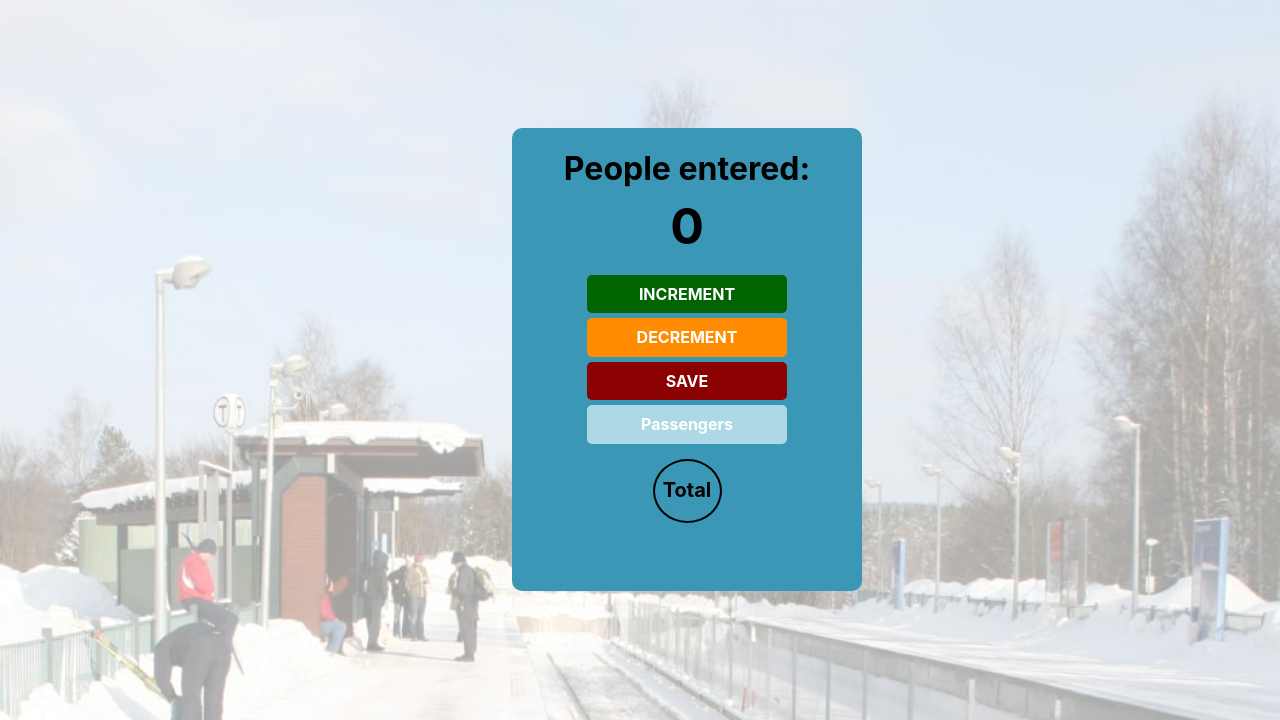
Repository: Siphamandla201/Javascript-Journey
Page: CounterApp/Counter.html
An editor plug-in stored every save of this project. The page is shown before and after the next save, followed by the edit.
The browser window is 1280 px wide. The pictures show the whole page.

Above is the page before, as saved 2023-07-28 10:04:57.

After the next save:
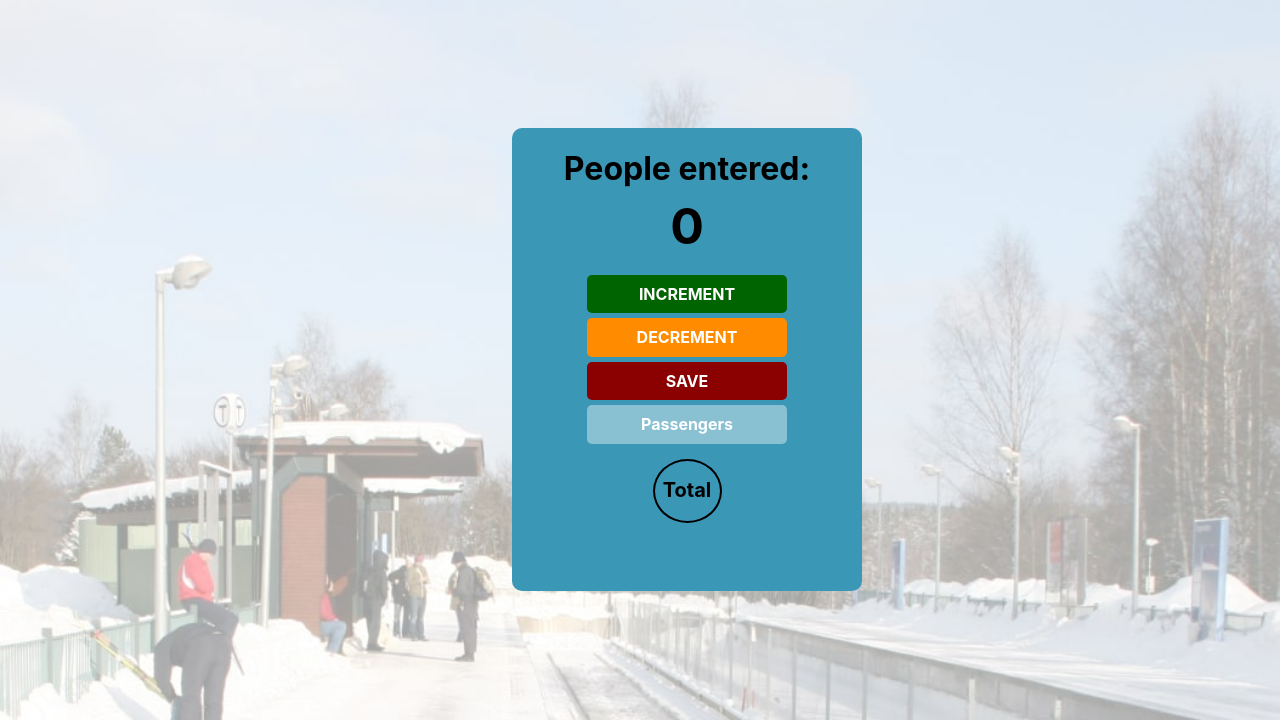
Saved 20 s later.
--- a/CounterApp/Counter.css
+++ b/CounterApp/Counter.css
@@ -69,7 +69,7 @@ button {
 }
 
 #passenger-btn {
-    background : lightblue
+    background : rgb(137, 193, 211)
 }
 
 #passengerList {
